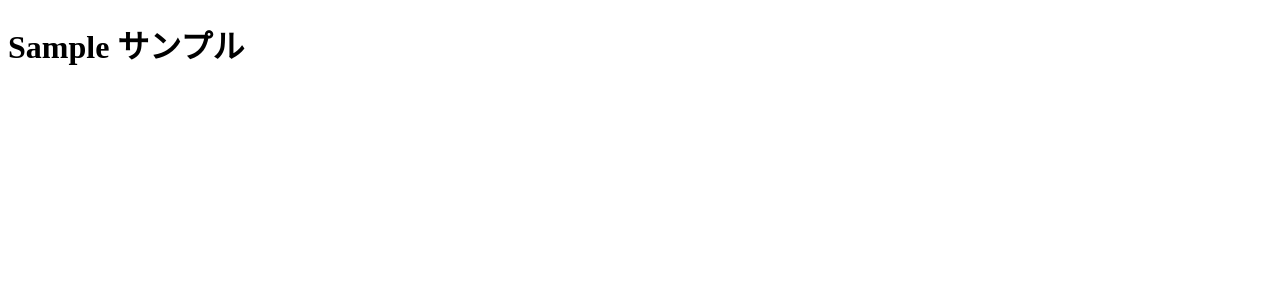
Repository: kodaihero/SpringFrameworkTutorial
Page: http://localhost/jsp/sample.jsp
The author's editor kept a copy of each file at every save. The page is drawn from the files as they stood at one save, then again after the next save.
The browser window is 1280 px wide. The pictures show the whole page.
The page is served by Tomcat 9.

Above is the page before, as saved 2022-05-13 06:21:08.

After the next save:
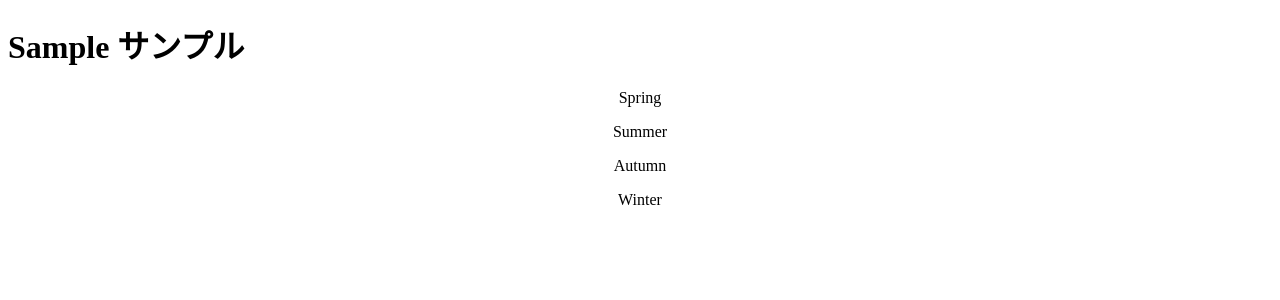
Saved 3 days later.
--- a/jsp/src/main/webapp/sample.jsp
+++ b/jsp/src/main/webapp/sample.jsp
@@ -9,5 +9,10 @@
 </head>
 <body>
 <h1>Sample サンプル</h1>
+
+<% String[] name = {"Spring", "Summer", "Autumn", "Winter"}; %>
+<% for(int i = 0; i < name.length; i++){%>
+<p align="center"><%= name[i] %></p>
+<% }%>
 </body>
 </html>
